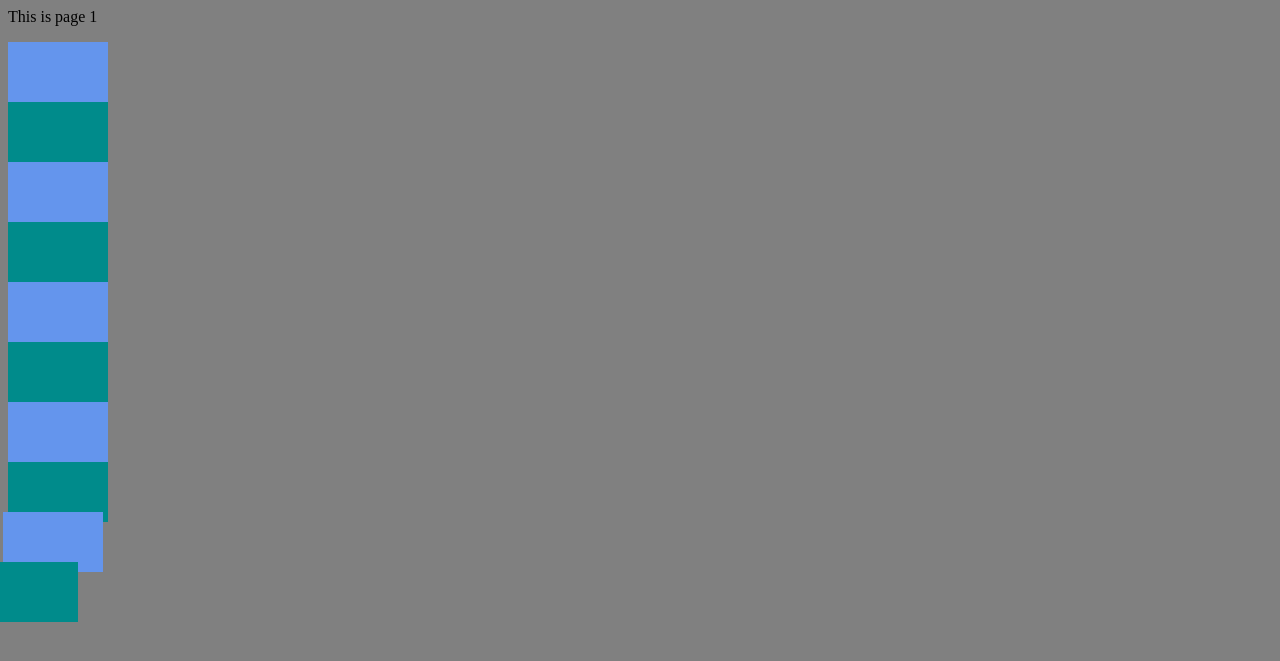
Repository: hanj291/hanj291.github.io
Page: page1.html
The author's editor kept a record of every edit. The page is drawn from the files as they stood at one moment, then again after the next edit.
The browser window is 1280 px wide. The pictures show the whole page.

Above is the page before.

### page1.html
<html>
	<head>
		<title>This is page1</title>
		<link href="page1css.css" rel="stylesheet">
	</head>
	<body>
	<p>This is page 1</p>
	<div class="one"></div>
	<div class="two"></div>
	<div class="three"></div>
	<div class="four"></div>
	<div class="five"></div>
	<div class="six"></div>
	<div class="seven"></div>
	<div class="eight"></div>
	<div class="nine"></div>
	<div class="ten"></div>
	<div class="zero"></div>
	<div class="zeroone"></div>
	<div class="zerotwo"></div>











	</body>
</html>

### page1css.css
body {
    background-color: gray;
}
.one {
    width: 100px;
    height: 60px;
    background-color: #6495ED;
    position: relative;
}
.one:hover {
    background-color: #008B8B;
}
.two {
    width: 100px;
    height: 60px;
    background-color: #008B8B;
    position: relative;
}
.two:hover {
    background-color: #6495ED;
}
.three {
    width: 100px;
    height: 60px;
    background-color: #6495ED;
    position: relative;
}
.three:hover {
    background-color: #008B8B;
}
.four {
    width: 100px;
    height: 60px;
    background-color: #008B8B;
    position: relative;
}
.four:hover {
    background-color: #6495ED;
}
.five {
    width: 100px;
    height: 60px;
    background-color: #6495ED;
    position: relative;
}
.five:hover {
    background-color: #008B8B;
}
.six {
    width: 100px;
    height: 60px;
    background-color: #008B8B;
    position: relative;
}
.six:hover {
    background-color: #6495ED;
}
.seven {
    width: 100px;
    height: 60px;
    background-color: #6495ED;
    position: relative;
}
.seven:hover {
    background-color: #008B8B;
}
.eight {
    width: 100px;
    height: 60px;
    background-color: #008B8B;
    position: relative;
}
.eight:hover {
    background-color: #6495ED;
}
.ten {
    width: 100px;
    height: 60px;
    background-color: #6495ED;
    position: relative;
    bottom: 10px;
    right: 5px;
}
.ten:hover {
    background-color: #008B8B;
}
.zero {
    width: 100px;
    height: 60px;
    background-color: #008B8B;
    position: relative;
    bottom: 20px;
    right: 30px;
}
.zero:hover {
    background-color: #6495ED;
}

After the next edit:
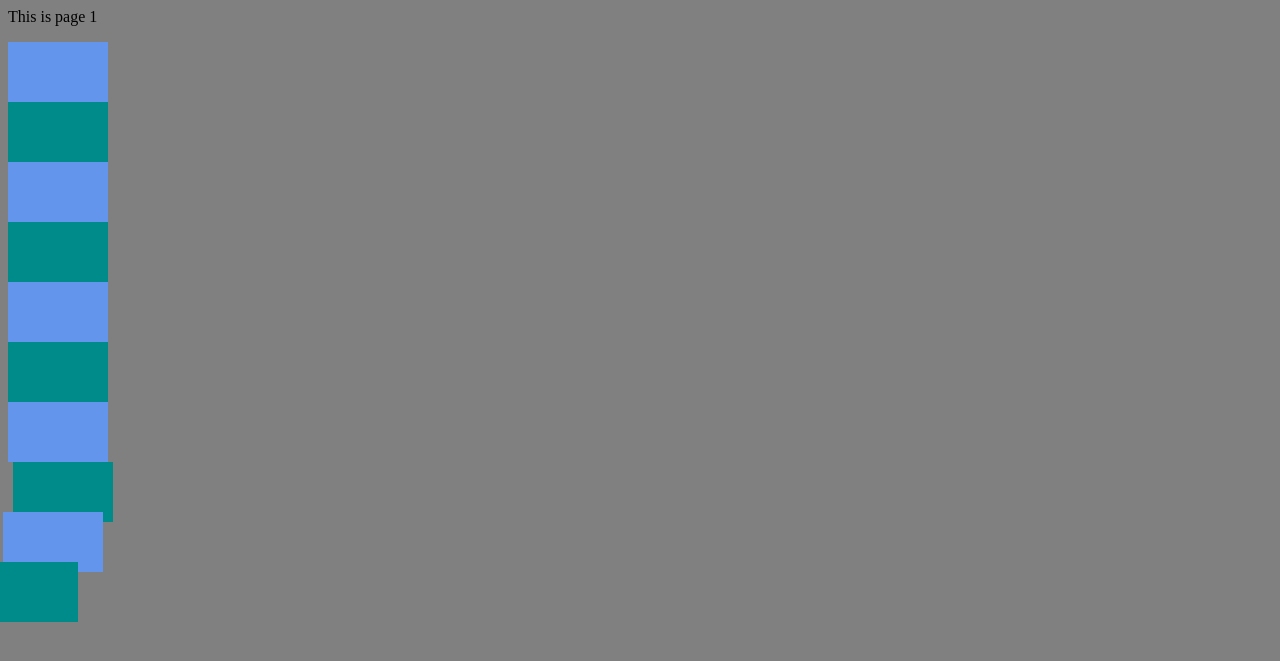
The edit:
--- a/page1css.css
+++ b/page1css.css
@@ -69,6 +69,8 @@
     height: 60px;
     background-color: #008B8B;
     position: relative;
+    bottom: 0px;
+    right: -5px;
 }
 .eight:hover {
     background-color: #6495ED;
